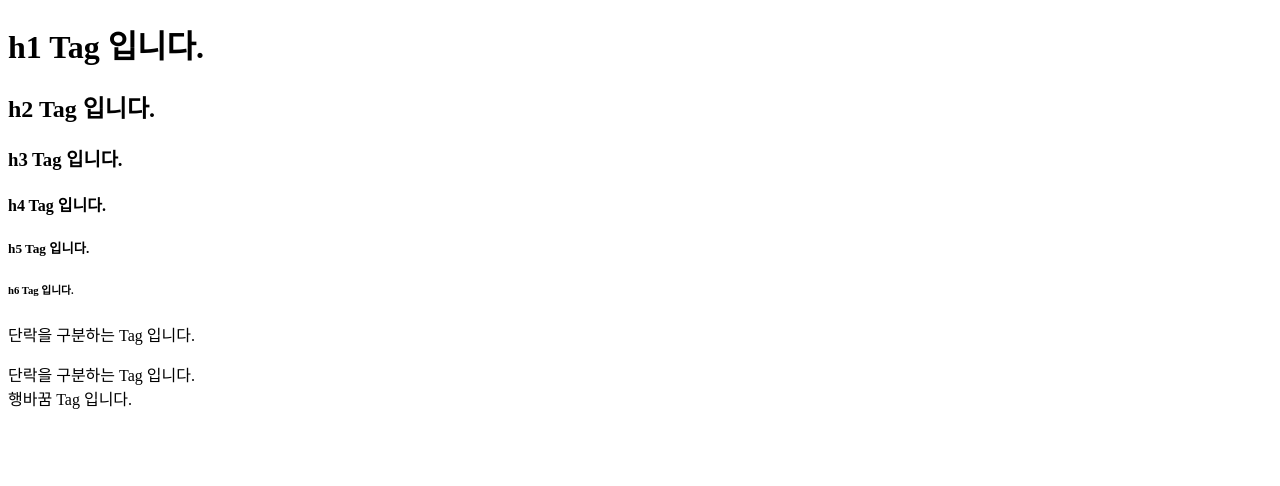
Repository: usonihs/StudyX
Page: JSP/HTML/src/main/webapp/Lec02.html
These files come from the project's save history. The page is drawn as it stood at one moment and after the next save; the edit follows.
The browser window is 1280 px wide. The pictures show the whole page.

Above is the page before, as saved 2022-10-19 03:18:29.

### JSP/HTML/src/main/webapp/Lec02.html
<!DOCTYPE html>
<html>
<head>
<meta charset="UTF-8">
<title>Insert title here</title>
</head>
<body>
	<h1>h1 Tag 입니다.</h1>
	<h2>h2 Tag 입니다.</h2>
	<h3>h3 Tag 입니다.</h3>
	<h4>h4 Tag 입니다.</h4>
	<h5>h5 Tag 입니다.</h5>
	<h6>h6 Tag 입니다.</h6>
	<p>단락을 구분하는 Tag 입니다.</p>
	<p>단락을 구분하는 Tag 입니다. <br> 행바꿈 Tag 입니다.</p>
</body>
</html>

After the next save:
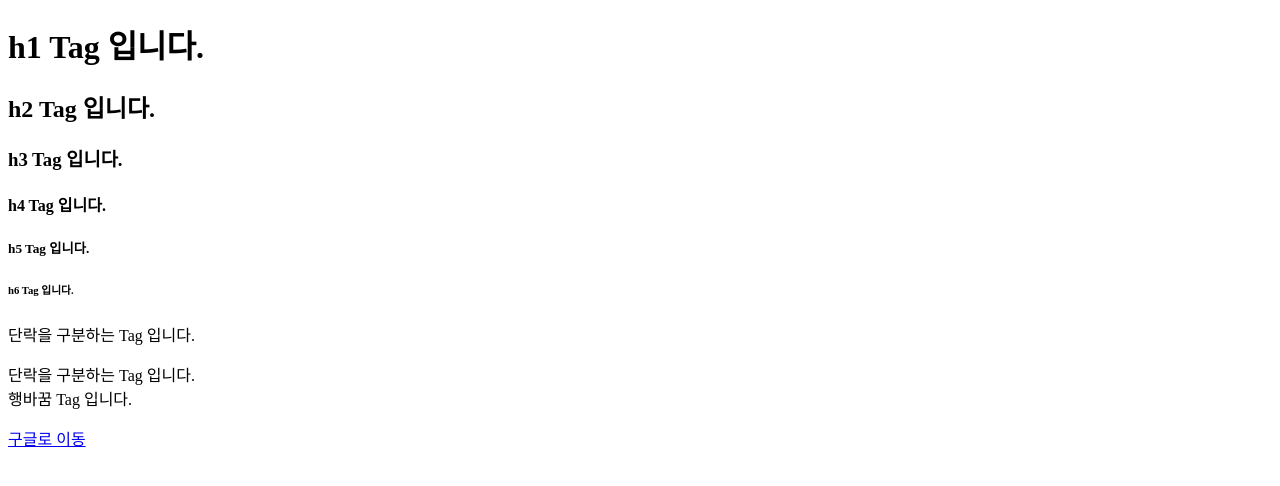
Saved 65 s later.
--- a/JSP/HTML/src/main/webapp/Lec02.html
+++ b/JSP/HTML/src/main/webapp/Lec02.html
@@ -13,5 +13,6 @@
 	<h6>h6 Tag 입니다.</h6>
 	<p>단락을 구분하는 Tag 입니다.</p>
 	<p>단락을 구분하는 Tag 입니다. <br> 행바꿈 Tag 입니다.</p>
+	<p><a href="http://www.google.com">구글로 이동</a></p>
 </body>
 </html>
